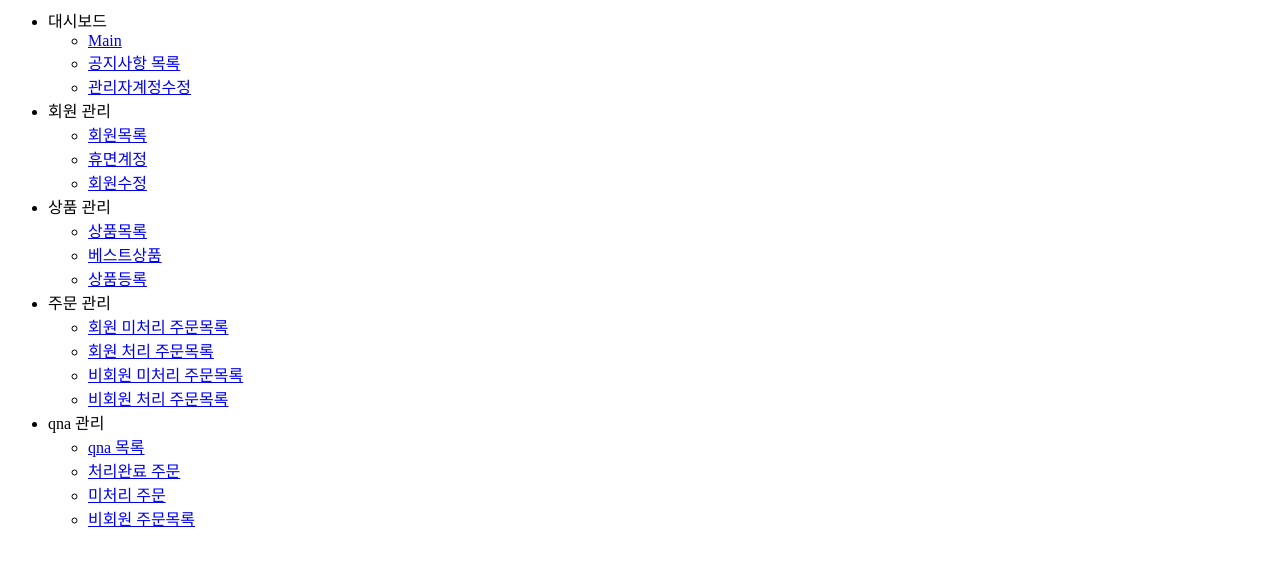
Repository: GreenShrew/SmallProject
Page: http://localhost/BookStore/admin/adminFooter.jsp
These files come from the project's save history. The page is drawn as it stood at one moment and after the next save; the edit follows.
The browser window is 1280 px wide. The pictures show the whole page.
The page is served by Tomcat 9. Other server files are loaded and not shown.

Above is the page before, as saved 2022-02-22 07:17:40.

### BookStore/src/main/webapp/admin/adminFooter.jsp
<%@ page language="java" contentType="text/html; charset=UTF-8" pageEncoding="UTF-8"%>

<!-- admin side bar -->
<div id="adminSideBar">
	<ul>
		<li class="sideList">
			<div class="sideTitle">
				<span>대시보드</span>
				<div class="listbutton"></div>
			</div>
			<ul>
				<li><a href="bs.do?cmd=adminMain">Main</a></li>
				<li><a href="bs.do?cmd=adminNoticeList">공지사항 목록</a></li>
				<li><a href="bs.do?cmd=adminAdminMemUpdate">관리자계정수정</a></li>
			</ul>
		</li>
		<li class="sideList">
			<div class="sideTitle">
				<span>회원 관리</span>
				<div class="listbutton"></div>
			</div>
			<ul>
				<li><a href="bs.do?cmd=adminMemberList">회원목록</a></li>
				<li><a href="bs.do?cmd=adminMemberList&key=n">휴면계정</a></li>
				<li><a href="bs.do?cmd=adminMemberUpdate">회원수정</a></li>
			</ul>
		</li>
		<li class="sideList">
			<div class="sideTitle">
				<span>상품 관리</span>
				<div class="listbutton"></div>
			</div>
			<ul>
				<li><a href="bs.do?cmd=adminProductList&sub=y">상품목록</a></li>
				<li><a href="bs.do?cmd=adminProductBestList">베스트상품</a></li>
				<li><a href="bs.do?cmd=adminProductUpload">상품등록</a></li>
			</ul>
		</li>
		<li class="sideList">
			<div class="sideTitle">
				<span>주문 관리</span>
				<div class="listbutton"></div>
			</div>
			<ul>
				<li><a href="bs.do?cmd=adminOrderList&kind=1">회원 미처리 주문목록</a></li>
				<li><a href="bs.do?cmd=adminOrderList&kind=2">회원 처리 주문목록</a></li>
				<li><a href="bs.do?cmd=adminOrderList&kind=3">비회원 미처리 주문목록</a></li>
				<li><a href="bs.do?cmd=adminOrderList&kind=4">비회원 처리 주문목록</a></li>
			</ul>
		</li>
		<li class="sideList">
			<div class="sideTitle">
				<span>qna 관리</span>
				<div class="listbutton"></div>
			</div>
			<ul>
				<li><a href="bs.do?cmd=adminQnaList">qna 목록</a></li>
				<li><a href="#">처리완료 주문</a></li>
				<li><a href="#">미처리 주문</a></li>
				<li><a href="#">비회원 주문목록</a></li>
			</ul>
		</li>
	</ul>
</div>


 <!-- adminFrame -->
<!--  -->
</div>
</body>
</html>

After the next save:
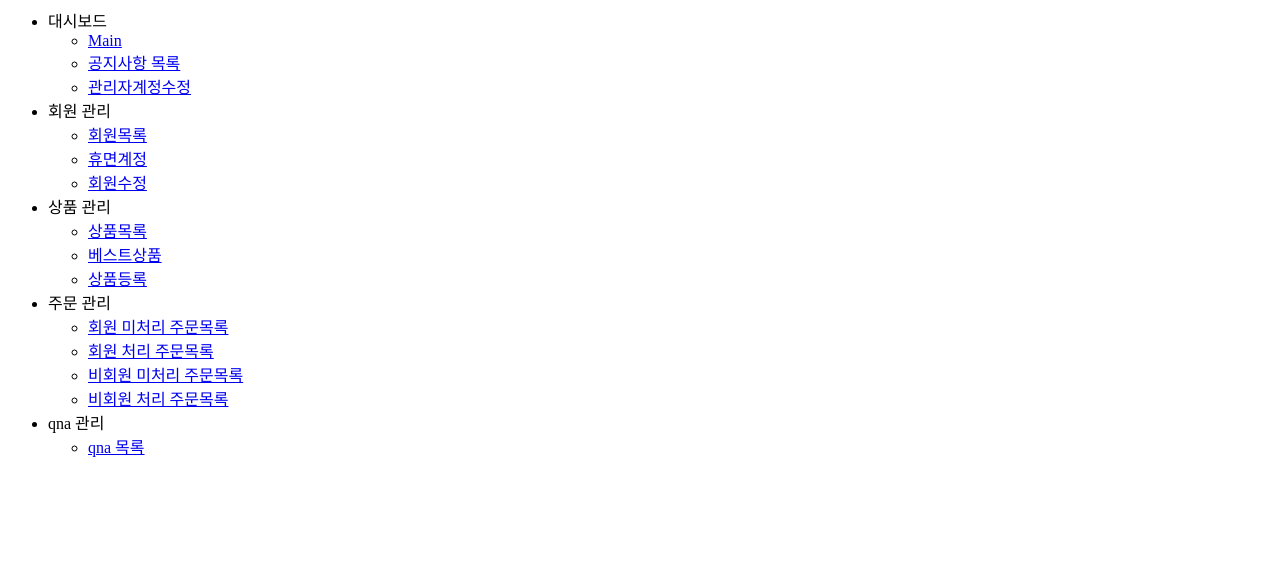
Saved 61 s later.
--- a/BookStore/src/main/webapp/admin/adminFooter.jsp
+++ b/BookStore/src/main/webapp/admin/adminFooter.jsp
@@ -55,9 +55,6 @@
 			</div>
 			<ul>
 				<li><a href="bs.do?cmd=adminQnaList">qna 목록</a></li>
-				<li><a href="#">처리완료 주문</a></li>
-				<li><a href="#">미처리 주문</a></li>
-				<li><a href="#">비회원 주문목록</a></li>
 			</ul>
 		</li>
 	</ul>
